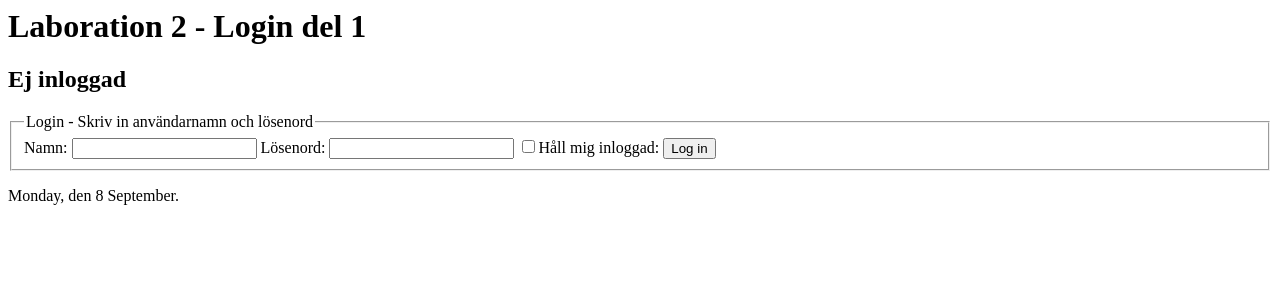
Repository: ed222an/1DV408-Laborationer
Page: http://localhost/
These files come from the project's save history. The page is drawn as it stood at one moment and after the next save; the edit follows.
The browser window is 1280 px wide. The pictures show the whole page.
The page is run by PHP 8.4 with error messages shown; the project is at /var/www/html/.

Above is the page before, as saved 2014-09-08 12:37:54.

After the next save:
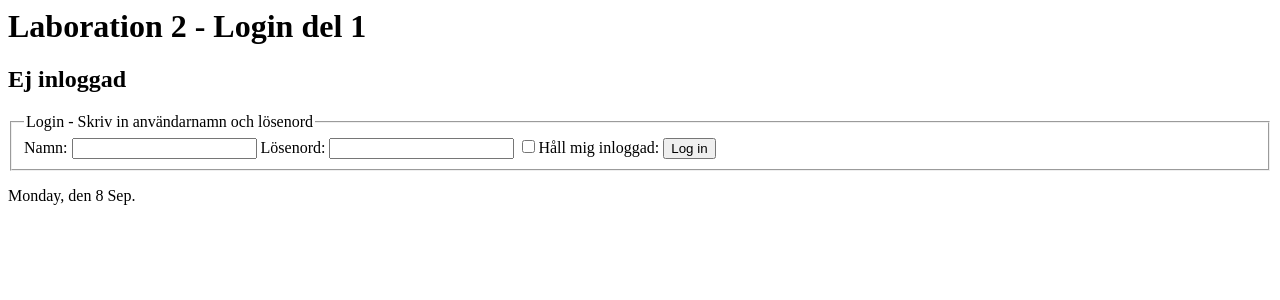
Saved 11 s later.
--- a/Labb2/Loginsystem/index.php
+++ b/Labb2/Loginsystem/index.php
@@ -16,7 +16,7 @@
 						<button type='submit' form='loginForm' value='Submit'>Log in</button>
 					</fieldset>
 				</form>
-				" . strftime('%A, den %e %B') . ".
+				" . strftime('%A, den %e %b') . ".
 			</body>
 		</html>";
 	//date('l jS \of F Y h:i:s')
